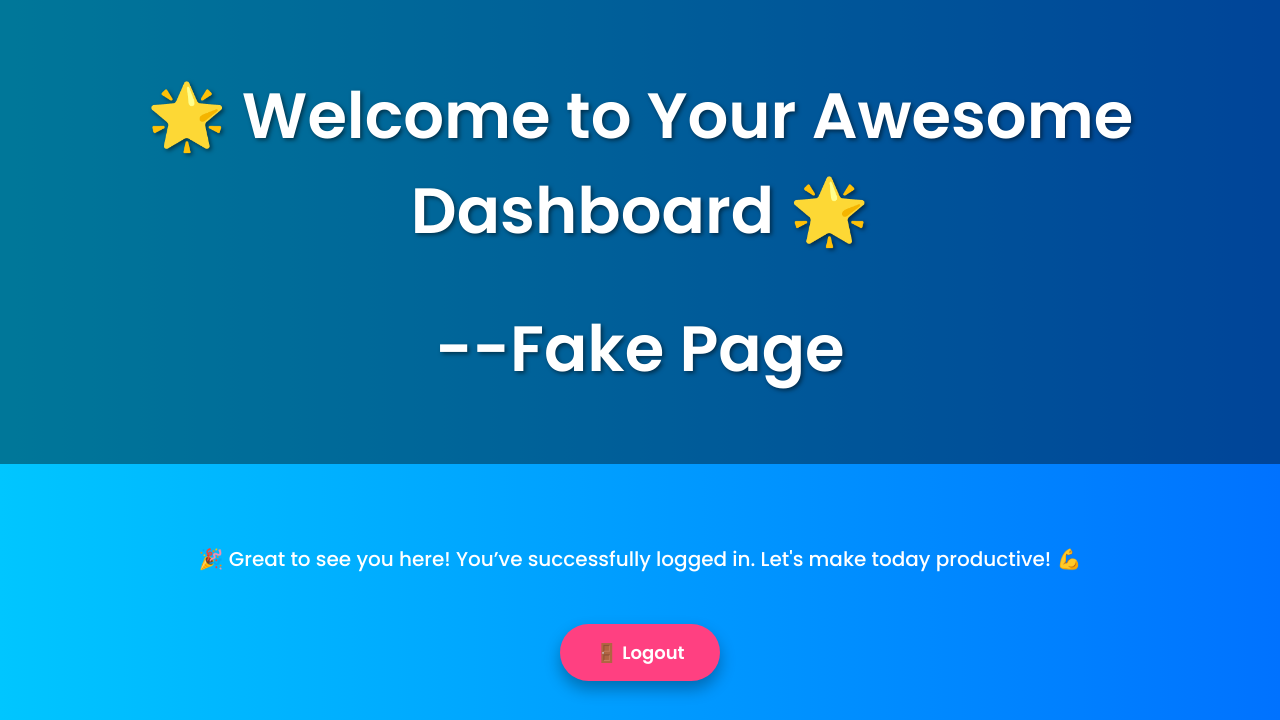
Repository: aakanksha4a/HoneySecure
Page: http://localhost/HoneySecure/fake.jsp
An editor plug-in stored every save of this project. The page is shown before and after the next save, followed by the edit.
The browser window is 1280 px wide. The pictures show the whole page.
The page is served by Tomcat 10.

Above is the page before, as saved 2025-04-21 16:32:21.

After the next save:
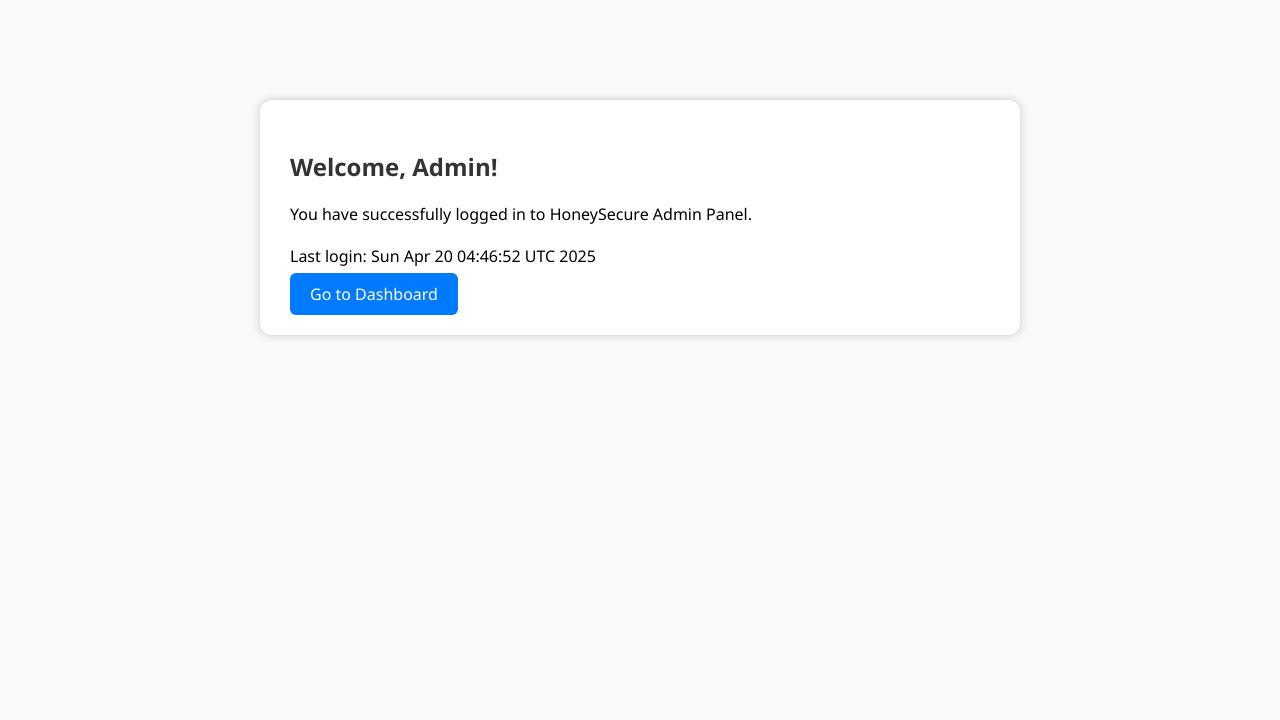
Saved 51 s later.
--- a/HoneySecure/src/main/webapp/fake.jsp
+++ b/HoneySecure/src/main/webapp/fake.jsp
@@ -1,75 +1,53 @@
-<%@ page contentType="text/html; charset=UTF-8" language="java" %>
-<html lang="en">
+<%@ page contentType="text/html;charset=UTF-8" %>
+<%@ page import="java.util.Date" %>
+<!DOCTYPE html>
+<html>
 <head>
-    <meta charset="UTF-8">
-    <meta name="viewport" content="width=device-width, initial-scale=1.0">
-    <title>Welcome</title>
+    <title>Welcome | HoneySecure Dashboard</title>
     <style>
-        @import url('https://fonts.googleapis.com/css2?family=Poppins:wght@500;600&display=swap');
-
         body {
-            font-family: 'Poppins', sans-serif;
-            background: linear-gradient(to right, #00c6ff, #0072ff);
-            margin: 0;
-            padding: 0;
+            font-family: 'Segoe UI', Tahoma, Geneva, Verdana, sans-serif;
+            background-color: #f8f9fa;
+        }
+        .container {
+            max-width: 700px;
+            margin: 100px auto;
+            padding: 30px;
+            background: #fff;
+            border-radius: 12px;
+            box-shadow: 0 0 10px rgba(0,0,0,0.2);
+        }
+        h2 {
+            color: #333;
+        }
+        .info {
+            margin-top: 20px;
+        }
+        .button {
+            background-color: #007bff;
             color: white;
-            animation: fadeIn 1.2s ease-in;
-        }
-
-        .header {
-            background: rgba(0, 0, 0, 0.4);
-            padding: 25px;
-            text-align: center;
-            font-size: 32px;
-            font-weight: 600;
-            text-shadow: 2px 2px 4px rgba(0, 0, 0, 0.5);
-        }
-
-        .content {
-            text-align: center;
-            margin-top: 80px;
-            font-size: 20px;
-            animation: slideUp 1s ease-out;
-        }
-
-        .btn {
-            display: inline-block;
-            margin-top: 30px;
-            padding: 15px 35px;
-            background-color: #ff4081;
-            color: white;
+            padding: 10px 20px;
             text-decoration: none;
-            border-radius: 30px;
-            font-size: 18px;
-            font-weight: bold;
-            box-shadow: 0 8px 16px rgba(0,0,0,0.3);
-            transition: all 0.3s ease;
-        }
-
-        .btn:hover {
-            background-color: #f50057;
-            transform: scale(1.05);
-        }
-
-        @keyframes fadeIn {
-            from { opacity: 0; }
-            to { opacity: 1; }
-        }
-
-        @keyframes slideUp {
-            from { transform: translateY(50px); opacity: 0; }
-            to { transform: translateY(0); opacity: 1; }
+            border-radius: 6px;
         }
     </style>
 </head>
 <body>
-    <div class="header">
-        <h1>🌟 Welcome to Your Awesome Dashboard 🌟</h1>
-         <h1> --Fake Page </h1>
+    <div class="container">
+        <h2>Welcome, Admin!</h2>
+        <p class="info">You have successfully logged in to HoneySecure Admin Panel.</p>
+        <p class="info">Last login: <%= new Date() %></p>
+
+        <a class="button" href="#">Go to Dashboard</a>
     </div>
-    <div class="content">
-        <p>🎉 Great to see you here! You’ve successfully logged in. Let's make today productive! 💪</p>
-        <a href="logout.jsp" class="btn">🚪 Logout</a>
-    </div>
+
+    <%-- Log attacker info --%>
+    <%
+        String ip = request.getRemoteAddr();
+        String agent = request.getHeader("User-Agent");
+        System.out.println("⚠️  HONEYPOT TRIGGERED:");
+        System.out.println("IP: " + ip);
+        System.out.println("User-Agent: " + agent);
+    %>
 </body>
 </html>
